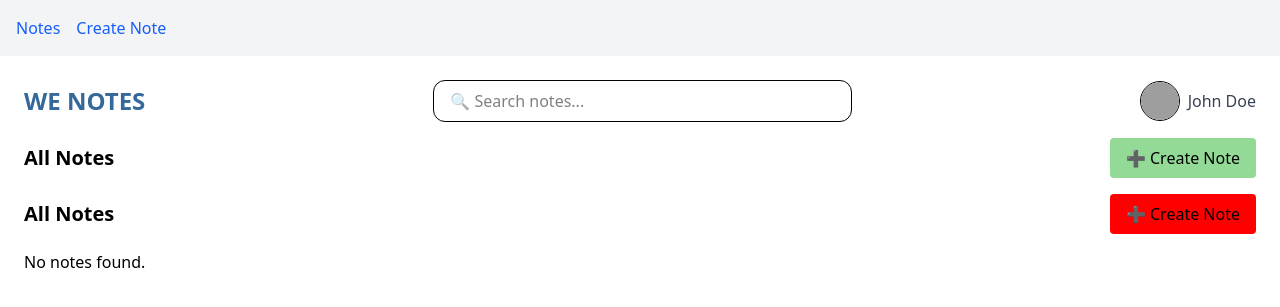
Repository: pin-seavmuy/NoteApplication
Page: / (app in note-vue/)
The author's editor kept a copy of each file at every save. The page is drawn from the files as they stood at one save, then again after the next save.
The browser window is 1280 px wide. The pictures show the whole page.
Pictures or frames that could not be fetched are drawn as grey boxes. The page's requests for data from a server got no answer. The project was rebuilt for these pictures with package versions that can differ from the ones it lists, and the page was loaded fresh each time. No one was signed in, and anything a server would have sent is missing. Also part of the build but not shown: note-vue/vite.config.ts, note-vue/src/components/NoteWrapper.vue, note-vue/src/views/CreateNote.vue, note-vue/src/views/NoteDetail.vue, note-vue/src/views/UpdateNote.vue.

Above is the page before, as saved 2025-09-16 11:47:38.

### note-vue/src/main.ts
// import { createApp } from 'vue'
// import './style.css'
// import App from './App.vue'

// createApp(App).mount('#app')


import { createApp } from 'vue'
import App from './App.vue'
import router from './router'
import './style.css'

const app = createApp(App)
app.use(router)
app.mount('#app')

### note-vue/src/App.vue
<script setup lang="ts">
  import HelloWorld from './components/HelloWorld.vue'
  import NotesList from '../components/NotesList.vue'
</script>

<!-- <template>
  <div>
    <HelloWorld msg="Vite + Vue" />
    <NotesList />
  </div>
</template> -->

<template>
  <div>
    <nav class="p-4 bg-gray-100 flex space-x-4">
      <router-link to="/" class="text-blue-600 hover:underline">Notes</router-link>
      <router-link to="/create" class="text-blue-600 hover:underline">Create Note</router-link>
    </nav>

    <router-view />
  </div>
</template>

<style scoped>
</style>

### note-vue/src/router/index.ts
import { createRouter, createWebHistory } from 'vue-router'

import NotesList from '../views/NotesList.vue'
import CreateNote from '../views/CreateNote.vue'
import NoteDetail from '../views/NoteDetail.vue'
import UpdateNote from '../views/UpdateNote.vue'

const routes = [
  {
    path: '/',
    name: 'NotesList',
    component: NotesList,
  },
  {
    path: '/create',
    name: 'CreateNote',
    component: CreateNote,
  },
  {
    path: '/notes/:id',
    name: 'NoteDetail',
    component: NoteDetail,
    props: true,
  },
    {
    path: '/notes/:id/edit',
    name: 'UpdateNote',
    component: UpdateNote,
    props: true
    }
]

const router = createRouter({
  history: createWebHistory(),
  routes,
})

export default router

### note-vue/src/views/NotesList.vue
<template>
  <div class="p-6">
    <nav></nav>

    <NotesHeader v-model:search="search" />

    <div class="flex items-center justify-between mb-4">
      <router-link to="/" class="text-xl font-bold flex-shrink-0 hover:underline">All Notes</router-link>

      <!-- Button to open modal -->
      <button
        @click="showCreateModal = true"
        class="text-base px-4 py-2 rounded text-black hover:brightness-90"
        style="background-color: red;"
      >
        ➕ Create Note
      </button>
    </div>

    <div v-if="loading">Loading...</div>
    <div v-else-if="filteredNotes.length === 0">No notes found.</div>

    <div
      v-else
      class="grid gap-4 grid-cols-1 sm:grid-cols-2 lg:grid-cols-3 xl:grid-cols-4"
    >
      <NoteWrapper
        style="background-color: #F9F6F3;"
        v-for="note in filteredNotes"
        :key="note.id"
        :note="note"
      />
    </div>

    <!-- Create Note Modal -->
    <CreateNoteModal
      v-model:show="showCreateModal"
      @noteCreated="fetchNotes"
    />
  </div>
</template>

<script setup lang="ts">
import { ref, computed, onMounted } from 'vue'
import api from '../api/axios'
import NoteWrapper from '../components/NoteWrapper.vue'
import NotesHeader from '../components/NotesHeader.vue'
import CreateNoteModal from '../components/CreateNoteModal.vue'

interface Note {
  id: number
  title: string
  content: string | null
  createdAt: string
  updatedAt?: string | null
}

const notes = ref<Note[]>([])
const loading = ref(false)
const search = ref('')
const showCreateModal = ref(false)

async function fetchNotes() {
  loading.value = true
  try {
    const res = await api.get('/Notes')
    notes.value = res.data as Note[]
  } catch (error) {
    console.error('Error fetching notes:', error)
  } finally {
    loading.value = false
  }
}

const filteredNotes = computed(() =>
  notes.value.filter(note =>
    note.title.toLowerCase().includes(search.value.toLowerCase())
  )
)

onMounted(fetchNotes)
</script>

### note-vue/src/api/axios.ts
import axios from 'axios'

const api = axios.create({
  baseURL: 'http://localhost:5258/api',
})

export default api;

### note-vue/src/components/NotesHeader.vue
<template>
  <div>
    <div class="flex items-center justify-between mb-4 space-x-72">
      <h1 class="text-2xl font-bold" style="color: #34699A;">WE NOTES</h1>

      <input
        :value="search"
        @input="updateSearch"
        type="text"
        placeholder="🔍 Search notes..."
        class="px-4 py-2 border rounded-xl flex-grow"
      />

      <div class="flex items-center space-x-2 flex-shrink-0">
        <img
          src="https://ui-avatars.com/api/?name=User"
          alt="User Avatar"
          class="w-10 h-10 rounded-full border"
        />
        <span class="text-gray-700 font-medium">John Doe</span>
      </div>
    </div>

    <div class="flex items-center justify-between mb-4">
      <router-link to="/" class="text-xl font-bold flex-shrink-0 hover:underline">All Notes</router-link>
      <router-link
        to="/create"
        class="text-base px-4 py-2 rounded text-black hover:brightness-90"
        style="background-color: #93DA97;"
      >
        ➕ Create Note
      </router-link>
    </div>
  </div>
</template>

<script setup lang="ts">
import { defineProps, defineEmits } from 'vue'

const props = defineProps<{ search: string }>()
const emit = defineEmits(['update:search'])

function updateSearch(event: Event) {
  const target = event.target as HTMLInputElement
  emit('update:search', target.value)
}
</script>

### note-vue/src/components/CreateNoteModal.vue
<template>
  <div
    v-if="show"
    class="fixed inset-0 bg-black bg-opacity-50 flex items-center justify-center z-50"
    @click.self="close"
  >
    <div class="bg-white rounded-lg shadow-lg p-6 w-full max-w-md relative">
      <button
        @click="close"
        class="absolute top-3 right-3 text-gray-500 hover:text-gray-800 text-xl font-bold"
        aria-label="Close modal"
      >
        &times;
      </button>

      <h2 class="text-2xl font-bold mb-6">Create New Note</h2>

      <form @submit.prevent="handleSubmit" class="space-y-4">
        <div>
          <label for="title" class="block mb-1 font-semibold">Title</label>
          <input
            id="title"
            v-model="title"
            type="text"
            required
            placeholder="Note title"
            class="w-full px-4 py-2 border rounded"
          />
        </div>

        <div>
          <label for="content" class="block mb-1 font-semibold">Content</label>
          <textarea
            id="content"
            v-model="content"
            rows="5"
            placeholder="Write your note here..."
            class="w-full px-4 py-2 border rounded resize-none"
          ></textarea>
        </div>

        <button
          type="submit"
          :disabled="loading"
          class="bg-blue-600 text-white px-6 py-2 rounded hover:bg-blue-700 disabled:opacity-50"
        >
          {{ loading ? 'Saving...' : 'Create Note' }}
        </button>
      </form>

      <p v-if="error" class="mt-4 text-red-600">{{ error }}</p>
      <p v-if="success" class="mt-4 text-green-600">Note created successfully!</p>
    </div>
  </div>
</template>

<script setup lang="ts">
import { ref, defineEmits, watch } from 'vue'
import api from '../api/axios'

const props = defineProps<{ show: boolean }>()
const emit = defineEmits(['update:show', 'noteCreated'])

const title = ref('')
const content = ref('')
const loading = ref(false)
const error = ref<string | null>(null)
const success = ref(false)

watch(() => props.show, (newVal) => {
  if (!newVal) {
    // Reset form on close
    title.value = ''
    content.value = ''
    error.value = null
    success.value = false
    loading.value = false
  }
})

function close() {
  emit('update:show', false)
}

async function handleSubmit() {
  if (!title.value.trim()) {
    error.value = 'Title is required.'
    return
  }
  loading.value = true
  error.value = null
  success.value = false

  try {
    await api.post('/Notes', {
      title: title.value,
      content: content.value || null,
    })
    success.value = true
    emit('noteCreated')  // notify parent to refresh notes
    setTimeout(() => {
      close()
    }, 1000)
  } catch (err) {
    error.value = 'Failed to create note. Please try again.'
    console.error(err)
  } finally {
    loading.value = false
  }
}
</script>

Loaded but not shown: note-vue/index.html (common file); note-vue/src/style.css (common file)

After the next save:
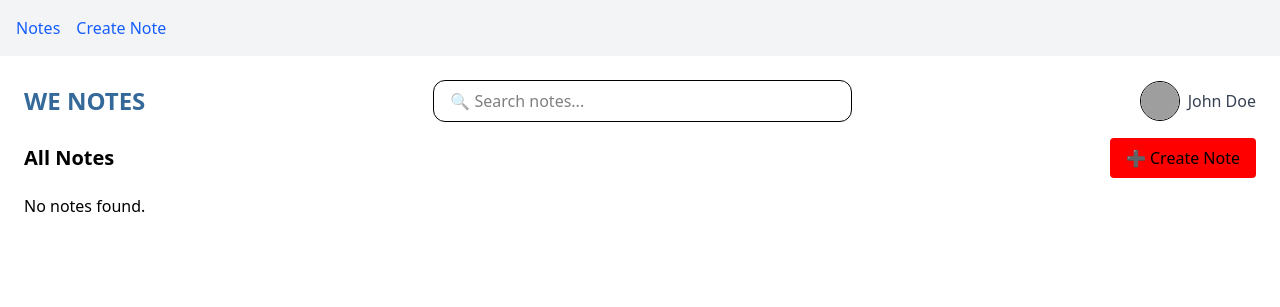
Saved 28 s later.
--- a/note-vue/src/components/NotesHeader.vue
+++ b/note-vue/src/components/NotesHeader.vue
@@ -21,7 +21,7 @@
       </div>
     </div>
 
-    <div class="flex items-center justify-between mb-4">
+    <!-- <div class="flex items-center justify-between mb-4">
       <router-link to="/" class="text-xl font-bold flex-shrink-0 hover:underline">All Notes</router-link>
       <router-link
         to="/create"
@@ -30,7 +30,7 @@
       >
         ➕ Create Note
       </router-link>
-    </div>
+    </div> -->
   </div>
 </template>
 
